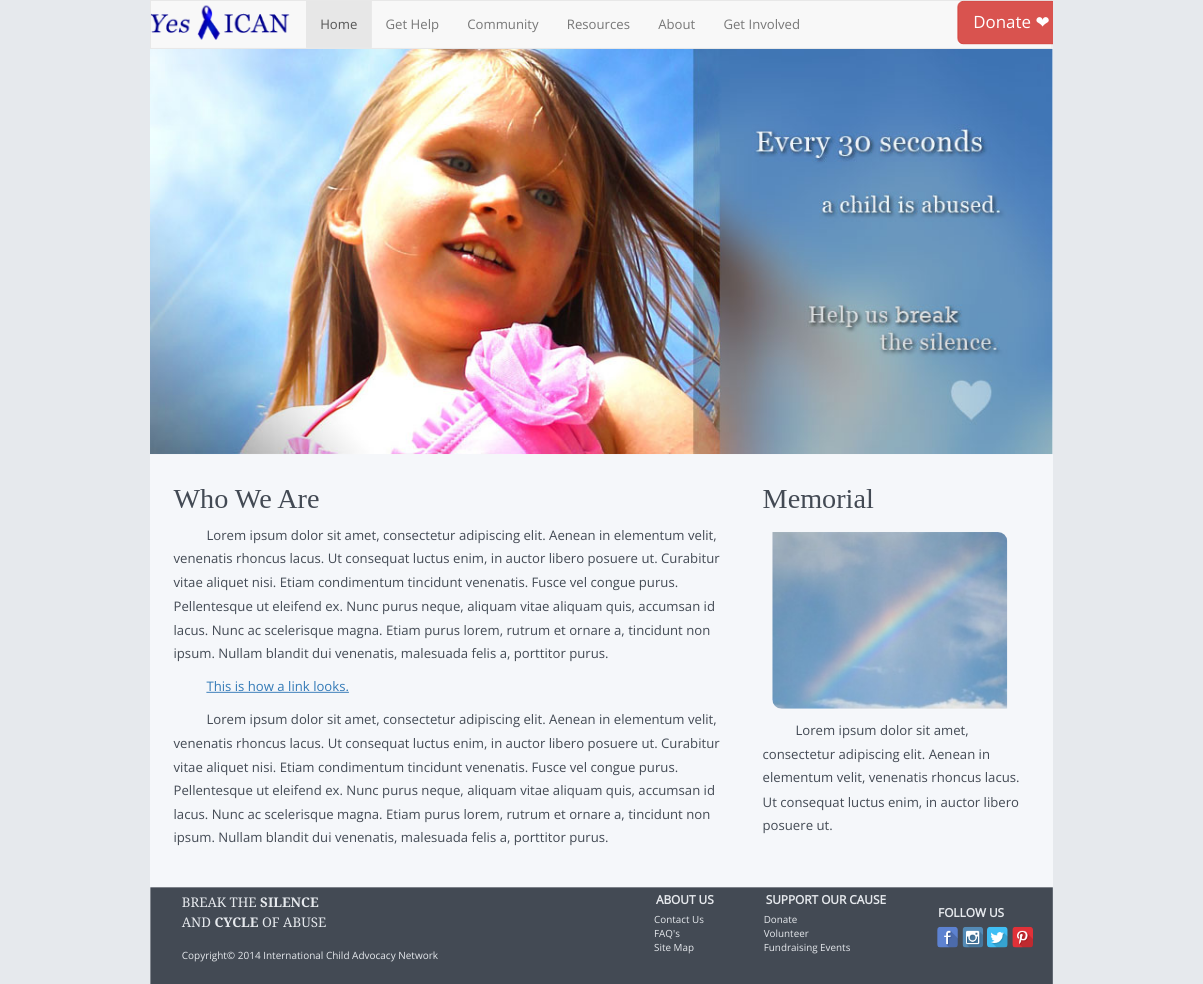
Repository: Rob21789/Yes-I-Can
Page: index.html
The author's editor kept a record of every edit. The page is drawn from the files as they stood at one moment, then again after the next edit.
The browser window is 1280 px wide. The pictures show the whole page, at 94% of full size.
Some web fonts or font styles are not loaded; a fallback is used. Some web libraries are served in a nearby version.

Above is the page before.

### index.html
<!DOCTYPE html>
<html lang="en">
  <head>
    <meta http-equiv="X-UA-Compatible" content="IE=edge">
    <meta name="viewport" content="width=device-width, initial-scale=1">
    <!--  ****ADD IN DESCRIPTION AND CONTENT*****
    <meta name="description" content="">
    <meta name="author" content="">
    -->
 	<meta charset="utf-8">
	<title>Yes ICAN: International Child Advocacy Network</title>
	    <!-- Bootstrap core CSS -->
  <link rel="stylesheet" href="css/normalize.css"/>
  <link href="css/bootstrap.min.css" rel="stylesheet">
	<link rel="stylesheet" href="css/main.css"/>
	<!--<meta name="viewport" content="width=device-width, maximum-scale=1; minimum-scale=1; initial-scale=1.0"> COMMENTED OUT FOR BOOTSTRAP TESTING-->
	<link href='http://fonts.googleapis.com/css?family=Droid+Serif:700|Open+Sans' rel='stylesheet' type='text/css'>
  </head>

  <body>
		<div id="wrapper">
      <!-- Static navbar -->
      <nav class="navbar navbar-default">
        <div class="container-fluid">
          <div class="navbar-header">
            <button type="button" class="navbar-toggle collapsed" data-toggle="collapse" data-target="#navbar" aria-expanded="false" aria-controls="navbar">
              <span class="sr-only">Toggle navigation</span>
              <span class="icon-bar"></span>
              <span class="icon-bar"></span>
              <span class="icon-bar"></span>
            </button>
            <a class="navbar-brand" href="index.html">
            	<img alt="site logo" id="navlogo" src="img/logo_short_sm.png"/>
            </a>
          </div>
          <div id="navbar" class="navbar-collapse collapse">
            <ul class="nav navbar-nav">
              <li class="active"><a href="#">Home</a></li>
              <li><a href="#">Get Help</a></li>
              <li><a href="http://community.yesican.org/">Community</a></li>
              <li><a href="#">Resources</a></li>
              <li><a href="#">About</a></li>
              <li><a href="#">Get Involved</a></li>
            </ul>

           <ul class="nav navbar-nav navbar-right">
              <li><button type="button" class="btn btn-lg btn-danger">Donate &#10084;</button></li>
           </ul>

          </div><!--/.nav-collapse -->
        </div><!--/.container-fluid -->
      </nav>

  <!--END BOOTSTRAP code-->

	<img id="banner" alt="home page banner" src="img/banner.jpg"/>
	<!--The main content of the website will go inside of the #wrapper id. It is divided into two sections: #primary & #secondary.-->
	<div id="content">
		<!-- Two sections have been created for desktop view to have two columns. Mobile website will just be stacked-->
			<section class="col-md-8"><!--Left column content goes here-->
				<h2>Who We Are</h2>
				<p>Lorem ipsum dolor sit amet, consectetur adipiscing elit. Aenean in elementum velit, venenatis rhoncus lacus. Ut consequat luctus enim, in auctor libero posuere ut. Curabitur vitae aliquet nisi. Etiam condimentum tincidunt venenatis. Fusce vel congue purus. Pellentesque ut eleifend ex. Nunc purus neque, aliquam vitae aliquam quis, accumsan id lacus. Nunc ac scelerisque magna. Etiam purus lorem, rutrum et ornare a, tincidunt non ipsum. Nullam blandit dui venenatis, malesuada felis a, porttitor purus.</p>
				<p><a href="#">This is how a link looks.</a></p>
				<p>Lorem ipsum dolor sit amet, consectetur adipiscing elit. Aenean in elementum velit, venenatis rhoncus lacus. Ut consequat luctus enim, in auctor libero posuere ut. Curabitur vitae aliquet nisi. Etiam condimentum tincidunt venenatis. Fusce vel congue purus. Pellentesque ut eleifend ex. Nunc purus neque, aliquam vitae aliquam quis, accumsan id lacus. Nunc ac scelerisque magna. Etiam purus lorem, rutrum et ornare a, tincidunt non ipsum. Nullam blandit dui venenatis, malesuada felis a, porttitor purus.</p>
			</section>

			<section class="col-md-4"><!--Right column content goes here-->
				<h2>Memorial</h2>
				<img alt="Memorial List" src="img/memorial_list.jpg"/>
				<p>Lorem ipsum dolor sit amet, consectetur adipiscing elit. Aenean in elementum velit, venenatis rhoncus lacus. Ut consequat luctus enim, in auctor libero posuere ut.</p>
			</section>
	</div>
</div><!--End wrapper-->

	<!--Footer still needs to be completed-->
	<footer>
		<div id="footer-right">
			<ul>
				<li>ABOUT US</li>
				<li><a href="">Contact Us</a></li>
				<li><a href="">FAQ's</a></li>
				<li><a href="">Site Map</a></li>
			</ul>
			<ul>
				<li>SUPPORT OUR CAUSE</li>
				<li><a href="">Donate</a></li>
				<li><a href="">Volunteer</a></li>
				<li><a href="">Fundraising Events</a></li>
			</ul>
			<ul>
				<li>FOLLOW US</li>
				<li>
					<a href="#Facebook"><img src="img/social/facebook-icon.png" alt="Facebook Logo" class="social-icon"></a>
					<a href="#Instagram"><img src="img/social/instagram-icon.png" alt="Instagram Logo" class="social-icon"></a>
					<a href="#Twitter"><img src="img/social/twitter-icon.png" alt="Twitter Logo" class="social-icon"/></a>
					<a href="#Pinterest"><img src="img/social/pinterest-icon.png" alt="Pinterest Logo" class="social-icon"/></a>
				</li>
			</ul>
		</div>
		<div id="footer-left">
			<p id="footer-slogan">BREAK THE <strong>SILENCE</strong> <br>AND <strong>CYCLE</strong> OF ABUSE</p>
			<p id="copyright">Copyright&copy; 2014 International Child Advocacy Network</p>
		</div>
	</footer>

	    <!-- Bootstrap core JavaScript
    ================================================== -->
    <!-- Placed at the end of the document so the pages load faster -->
	   <script src="https://ajax.googleapis.com/ajax/libs/jquery/1.11.1/jquery.min.js"></script>
    <script src="js/bootstrap.min.js"></script>
  </body>
</html>

### css/main.css
/***********************
GENERAL
***********************/
a:hover {
    text-decoration: underline;
}

img {

    max-width: 100%;
}

body {
    /*font-family: 'Fabrica', 'Courier New';*/
    font-family: 'Open Sans', sans-serif;
    background-color:#e6e9ed;
    color: #434a54;
}

#wrapper{
    max-width:960px;
    margin: 0 auto;
    background-color: #f5f7fa;
    overflow: auto; /*This fixed the wrapper background color problem that happened bc floating content*/
    line-height: 1.8em;
}

#content a {
    text-decoration: underline;
}

#content img {
    border-radius:5px 20px 5px;
    padding:10px;
}

#content {
    padding:0 10px 30px 10px;
}

.col-md-4 {
        padding-top: 10px;
    padding-bottom: 30px;

}

.col-md-8 {
    padding-top: 10px;
    padding-bottom: 30px;

}

#wrapper p {
    text-indent: 2.5em;
}

#banner {
    margin-left: auto;
    margin-right:auto;
    padding: 0;
    display:block;
    clear:both;
}


h1, h2, h3 {
    font-family: 'Droid Serif', serif;
}

.selected {
     color:#0B108C;
    text-decoration: none;
}


/***********************
HEADER - Top image strip above banner
***********************/
/*#logo { Commented out for bootstrap testing
    text-align:right;
    max-height:100%;
    max-width:100%;
    padding: 10px 0px 10px 30px;
}*/

.navbar-brand {
    margin-top:-5px;
}

#header {
    background-image: url(../img/header.jpg);
    background-repeat: no-repeat;
    background-position: top;
    margin: 0 auto;
    max-width:960px;
}

/*Commented out for testing new header technique
#header {
margin-left: auto;
margin-right: auto;
padding: 0;
display: block;
clear: both;
font-family: 'Fabrica', Arial;
}

*******/

/***********************
NAVIGATION - Main site navigation
***********************/
#navlogo {
    margin-top:-5px;
}

.container
{
    margin:0 auto;
    max-width:990px;
}

.row {
    margin-left, margin-right: 0px;
}

.navbar {
    margin-bottom:0px;
    min-height:50px;
    border-radius:0px;
}
/**********************
FOOTER
**********************/
footer {
    font-family: 'Open Sans', sans-serif;
    max-width:960px;
    background-color:#434a54;
    font-size:0.75em;
    clear:both;
    color:#e6e9ed; overflow:auto;
    margin: 0 auto;
    padding:5px;
}
footer h3{
    padding-left: .9em;
    font-family: 'Open Sans', sans-serif;
}
footer ul {
    display:inline-block;
    list-style-type: none;
    }
footer ul li{
    list-style:none;
    text-decoration:none;
    margin-left: 1em;
}
footer ul li a{
    color:#e6e9ed;
    text-decoration:none;
}

footer a:hover {
    color:#FFFFFF; /*Change hover color to make it more prominent*/
}


/**********************
RIGHT SIDE OF FOOTER - Contains links and social media icons
**********************/
#footer-right {
    float:right;
    margin-right:15px;
}

#footer-right li:nth-child(1) { /*Styles footer headers*/
    font-weight:bold;
    font-size:1.2em;
    padding-bottom:4px;
}

.social-icon {
    display:inline-block;
    width:24px;
    height:24px;
    margin-bottom:22.7px; /*controls height of "follow us" in footer*/
    padding:1px;
    border-radius: 20%;
}

/**********************
LEFT SIDE OF FOOTER - Contains copyright and slogan
**********************/
#footer-left {
    float:left;
    padding-left: 2em;
    text-align:left;
    font-size: 1.35em;
    display:inline-block;
    line-height: 1.5em;
}

/*To fix the footer issue. It happens (I think) when it is around 888 px*/

@media screen and (max-width: 800px){
  #footer-right{
    float:left;
    margin-left: 15px;
  }
  /*align footer-right to footer-left*/
  #footer-right ul{
    padding-left: 20px;
    padding-right: 20px;
  }
}

#footer-slogan {
    font-family: 'Georgia', 'Droid Serif', sans-serif;
}

#copyright{
    font-size: .75em;
    text-align:left;
    margin-top: 5px;
    display:inline-block;
    font-family: 'Open Sans', sans-serif;
}

/***********************
CONTENT TEMPLATE - Content template for all other pages
***********************/

Loaded but not shown: css/normalize.css (library); css/bootstrap.min.css (library); js/bootstrap.min.js (library)

After the next edit:
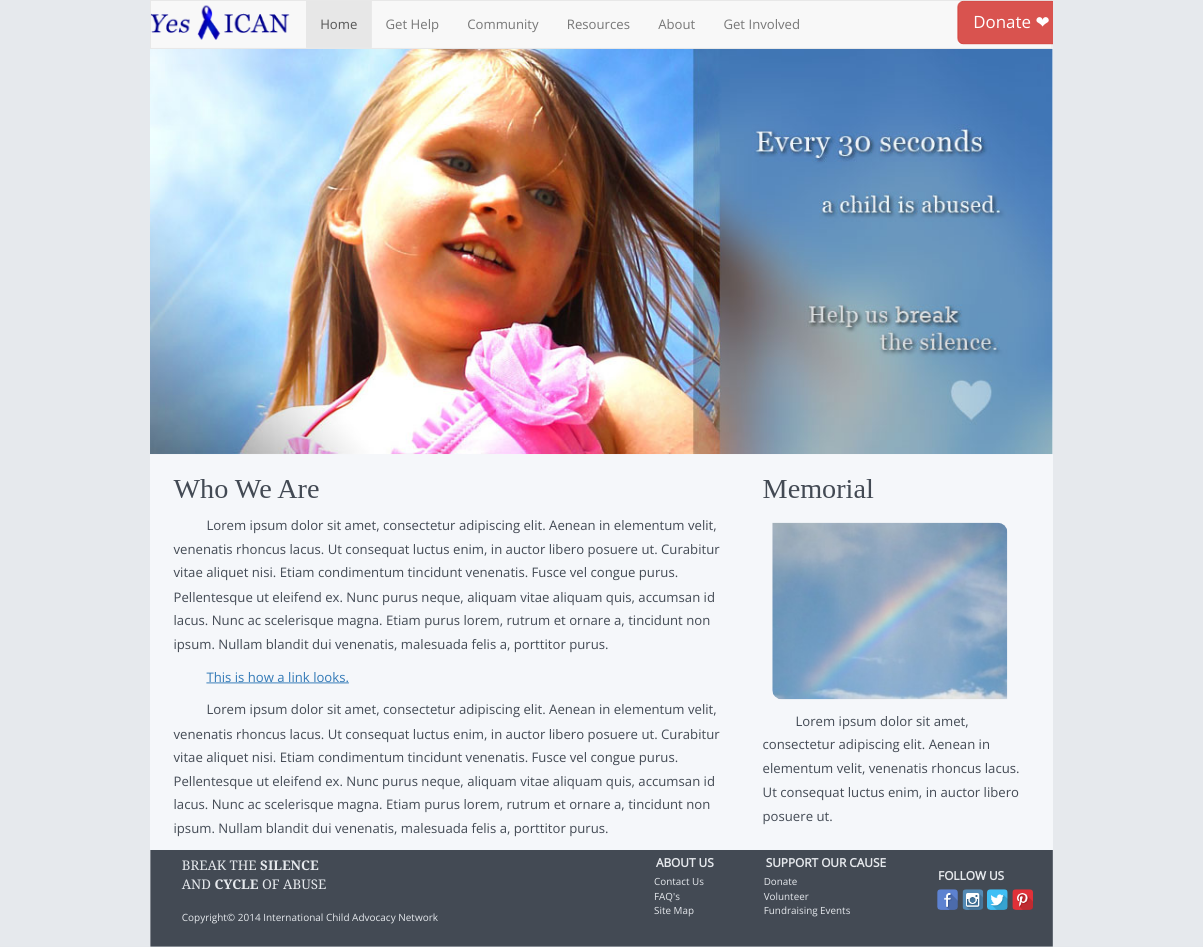
The edit:
--- a/css/main.css
+++ b/css/main.css
@@ -36,18 +36,6 @@
 
 #content {
     padding:0 10px 30px 10px;
-}
-
-.col-md-4 {
-        padding-top: 10px;
-    padding-bottom: 30px;
-
-}
-
-.col-md-8 {
-    padding-top: 10px;
-    padding-bottom: 30px;
-
 }
 
 #wrapper p {
